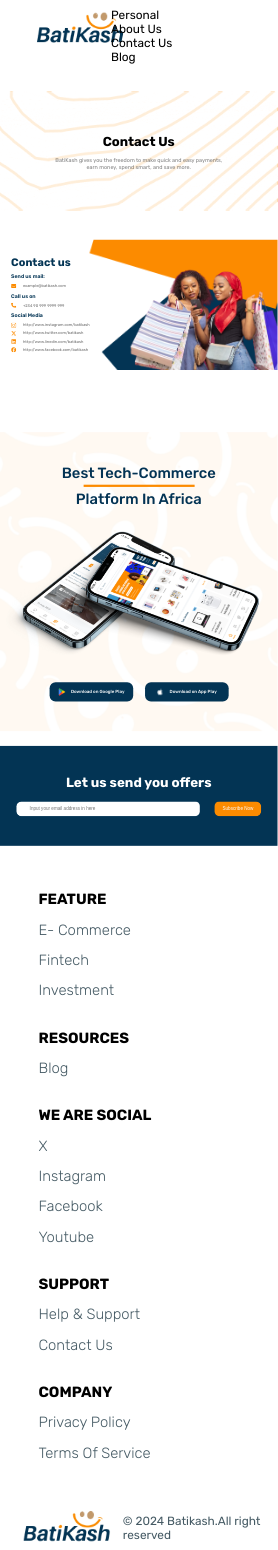
Repository: Batikashdev/batikash-website
Page: /contact
An editor plug-in stored every save of this project. The page is shown before and after the next save, followed by the edit.
The browser window is 375 px wide. The pictures show the whole page, at 74% of full size.
The project was rebuilt for these pictures with package versions that can differ from the ones it lists, and the page was loaded fresh each time. Also part of the build but not shown: vite.config.js, src/App.css, src/pages/About.jsx, src/components/blog/blog.scss, src/components/blog/BlogPost.jsx, src/components/blog/Frame1.jsx, src/components/blog/dummydate.js, src/pages/Blog.jsx and 7 more.

Above is the page before, as saved 2024-06-22 17:32:02.

### index.html
<!doctype html>
<html lang="en">
  <head>
    <meta charset="UTF-8" />
    <link rel="icon" type="image/svg+xml" href="/vite.svg" />
    <meta name="viewport" content="width=device-width, initial-scale=1.0" />
    <title>BatiKash</title>
    <link rel="preconnect" href="https://fonts.googleapis.com">
<link rel="preconnect" href="https://fonts.gstatic.com" crossorigin>
<link href="https://fonts.googleapis.com/css2?family=Rubik:ital,wght@0,300..900;1,300..900&display=swap" rel="stylesheet">
  </head>
  <body>
    <div id="root"></div>
    <script type="module" src="/src/main.jsx"></script>
  </body>
</html>

### src/main.jsx
import React from 'react'
import ReactDOM from 'react-dom/client'
import App from './App.jsx'
import './index.css'
import { BrowserRouter } from 'react-router-dom'

ReactDOM.createRoot(document.getElementById('root')).render(
  <React.StrictMode>
    <BrowserRouter>
    <App />
    </BrowserRouter>
  </React.StrictMode>
)

### src/App.jsx
import { Route, Routes } from 'react-router-dom'
import './App.css'
import Layout from './Layout'
import About from './pages/About'
import Blog from './pages/Blog'
import Contact from './pages/Contact'
import Home from './pages/Home'
import Singlepost from './pages/Singlepost'
import Error from './pages/Error'


function App() {


  return (
  <div>
     <Routes>
        <Route path="/" element={<Layout />}>
          <Route index element={<Home />} />
          <Route path="/about" element={<About />} />
          <Route path="/contact" element={<Contact />} />
          <Route path="/blog" element={<Blog/>} />
          <Route path="/post:id/" element={<Singlepost />} />
          <Route path="/notfound" element={<Error/>} />
        </Route>
      </Routes>
  </div>
  )
}

export default App

### src/index.css
:root {
  font-family: rubik, sans-serif;
  color-scheme: light dark;
  font-synthesis: none;
  text-rendering: optimizeLegibility;
  -webkit-font-smoothing: antialiased;
  -moz-osx-font-smoothing: grayscale;
}


body {
  margin: 0;
  padding: 0;
}
html {
  margin: 0;
  padding: 0;
}
.link {
  text-decoration: none;
  color: inherit;
}

### src/Layout.jsx
import { Outlet } from "react-router-dom";
import Navbar from "./components/navbar/Navbar";
import BaseFrame from "./components/baseframe/BaseFrame";
import Footer from "./components/footer/Footer";

export default function Layout() {
  return (
    <>
      <Navbar/>
      <Outlet />
      <BaseFrame/>
      <Footer/>

    </>
  );
}

### src/pages/Contact.jsx
import Frame1 from "../components/contact/Frame1"
import Frame2 from "../components/contact/Frame2"


const Contact = () => {
  return (
    <div>
        <Frame1/>
        <Frame2/>
    </div>
  )
}

export default Contact

### src/components/navbar/Navbar.jsx
import "./navbar.scss";
import Logo from "../../assets/BATIKASH-LOGO.png"
import { NavLink } from "react-router-dom";



const Navbar = () => {
  return (
    <nav>
        <div className="left-nav">
          <NavLink to="/"> <img src={Logo} alt=""/></NavLink>
        </div>
        <div className="right-nav">
          <NavLink className="link" to="/"><a>Personal</a></NavLink>
          <NavLink  className="link" to="/about"><a>About Us</a></NavLink>
          <NavLink  className="link" to="/contact"><a>Contact Us</a></NavLink>
          <NavLink  className="link" to="/blog"><a>Blog</a></NavLink>
        </div>

        <div className="mobile-nav">
          <NavLink className="link" to="/"><a>Personal</a></NavLink>
          <NavLink  className="link" to="/about"><a>About Us</a></NavLink>
          <NavLink  className="link" to="/contact"><a>Contact Us</a></NavLink>
          <NavLink  className="link" to="/blog"><a>Blog</a></NavLink>
        </div>



    </nav>
  )
}

export default Navbar

### src/components/baseframe/BaseFrame.jsx
import image1 from "../../assets/iPhone 12 Pro.png";
import playstore from "../../assets/svg.png";
import apple from "../../assets/apple.png";
import "./baseframe.scss";
import { Link } from "react-router-dom";

const BaseFrame = () => {
  return (
    <section className="baseframe" style={{padding:"40px 0px"}}>
      <div className="baseframe-content">
      <header>
        <p>Best Tech-Commerce </p>
        <hr></hr>
        <p>Platform In Africa</p>
      </header>

      <div className="baseframe-image">
        <img src={image1} alt="" />
      </div>

      <div className="download-btns">
        <Link className="link" to="/notfound">
        <div className="download-app">
          <img src={playstore} alt="" /> Download on Google Play
        </div>
        </Link>

        <Link className="link" to="/notfound">
        <div className="download-app">
          <img src={apple} alt="" /> Download on App Play
        </div>
        </Link>


      </div>

      </div>

    </section>
  );
};

export default BaseFrame;

### src/components/footer/Footer.jsx
import "./footer.scss"
import image1 from '../../assets/Group 5958.png'
import Logo from '../../assets/BATIKASH-LOGO.png'

const footer = () => {
  return (
    <footer>
        <div className="newsletter-footer">
            <div className="left-content">
                <img src={image1} alt=""/>
            </div>
            <div className="right-content">
                <h2>Let us send you offers</h2>
                <div className="input">
                    <input placeholder="Input your email address in here"/>
                    <button>Subscribe Now</button>
                </div>
            </div>
        </div>
        <div className="main-footer">
            <ul> FEATURE
                <li>E- Commerce</li>
                <li>Fintech</li>
                <li>Investment</li>
            </ul>

            <ul> RESOURCES
                <li>Blog</li>

            </ul>

            <ul> WE ARE SOCIAL
                <li>X</li>
                <li>Instagram</li>
                <li>Facebook</li>
                <li>Youtube</li>

            </ul>

            <ul> SUPPORT
                <li>Help & Support</li>
                <li>Contact Us</li>
            </ul>

            <ul> COMPANY
                <li>Privacy Policy</li>
                <li>Terms Of Service</li>

            </ul>


        </div>
        <div className="base-footer">
            <img src={Logo} alt=""/>
            &copy; 2024 Batikash.All right reserved

        </div>
    </footer>
  )
}

export default footer

### src/components/contact/Frame1.jsx
import "./contact.scss"

const Frame1 = () => {
  return (
    <div className="contact_wrapper">
    <div className="overlay">
        <div className="contact_frame1-content">
            <h1>Contact Us</h1>
            <p>BatiKash gives you the freedom to make quick and easy payments, <br/> earn money, spend smart, and save more.</p>
        </div>

     </div>
    </div>
  )
}

export default Frame1

### src/components/contact/Frame2.jsx

import "./contact.scss"
import image1 from "../../assets/Group 5986.png"
import { FaEnvelope, FaPhoneAlt, FaLinkedin, FaFacebook  } from "react-icons/fa";
import { BsInstagram } from "react-icons/bs";
import { FaXTwitter } from "react-icons/fa6";


const Frame2 = () => {
  return (
    <div className="contact-frame2_wrapper">
        <div className="left-content">
            <h2>Contact us</h2>
            <ul> Send us mail:
                <li>  <FaEnvelope className="icon"/> example@batikash.com</li>
            </ul>

            <ul> Call us on
                <li> <FaPhoneAlt  className="icon"/> +234 90 999 9999 999</li>
            </ul>

            <ul> Social Media
                <li><a href=""><BsInstagram  className="icon"/>http://www.instagram.com/batikash</a></li>
                <li><a href=""><FaXTwitter  className="icon"/>http://www.twitter.com/batikash</a></li>
                <li><a href="">< FaLinkedin  className="icon"/>http://www.linedin.com/batikash</a></li>
                <li><a href=""><FaFacebook  className="icon" />http://www.facebook.com/batikash</a></li>
            </ul>
        </div>
        <div className="right-content">
            <img src={image1} alt=""/>
        </div>
    </div>
  )
}

export default Frame2

### src/components/navbar/navbar.scss
nav {
    display: flex;
    justify-content: space-between;
    align-items: center;
    padding: 10px 30px;
    .left-nav {
        flex: 1;
    }
    .right-nav {
        display: flex;
        justify-content: flex-end;
        padding-right: 200px;
        font-size: 20px;
        font-weight: 400;
        flex: 1;
        gap: 50px;
        :active {
            color: #FC8B00;
        }

    }
    .mobile-nav {
        display: none;
    }

}

@media (max-width: 600px) {
    nav {

        .right-nav {
            display: none;
        }

        .mobile-nav {
            display: flex;
            flex-direction: column;
            position: absolute;
            right: 0;
            top: 10px;
            text-align: left;
            width: 60vw;
            height: 100vh;
        }
    }


}

### src/components/baseframe/baseframe.scss
.baseframe {
    background: url(../../assets//basevec.png);
}
.baseframe-content {
    h1,h2,p,span {
        margin: 0;
    }
    display: flex;
    flex-direction: column;
    justify-content: center;
    align-items: center;
    width: fit-content;
    margin: 0 auto;
    gap: 20px;
    header {
        font-size: 50px;
        font-weight: 500;
        line-height: 75px;
    }

    .download-btns {
        display: flex;
        gap: 16px;
        //Plus Jakarta Sans
        div {
            display: flex;
            align-items: center;
            justify-content: center;
            width: 278px;
            height: 64px;
            border: none;
            border-radius: 8px;
            background: #033454;
            color: #FFFFFF;
            font-size: 16px;
            font-weight: 500;
            gap: 8px;
        }
    }
}

@media (max-width: 600px) {
    .baseframe-content {
        h1,h2,p,span {
            margin: 0;
        }
        display: flex;
        flex-direction: column;
        justify-content: center;
        align-items: center;
        width: fit-content;
        margin: 0 auto;
        gap: 20px;
        header {
            font-size: 20px;
            font-weight: 500;
            line-height: 30px;
        }

        .baseframe-image {
            img {
                width: 100%;
            }
        }

        .download-btns {
            display: flex;
            gap: 16px;
            //Plus Jakarta Sans
            div {
                display: flex;
                align-items: center;
                justify-content: center;
                width: 113px;
                height: 26px;
                border: none;
                border-radius: 8px;
                background: #033454;
                color: #FFFFFF;
                font-size: 6px;
                font-weight: 500;
                gap: 8px;
                img {
                    width: 10px;
                }
            }
        }
    }


}

### src/components/footer/footer.scss
footer {
    margin-top: 20px;
    .newsletter-footer {
        display: flex;
        align-items: center;
        justify-content: center;
        background: #033454;
        padding: 0px 80px;
        .left-content {
            flex: 1;
        }
        .right-content {
            flex: 2;
            display: flex;
            justify-content: center;
            align-items: center;
            flex-direction: column;
            h2 {
                font-size: 43px;
                font-weight: 700;
                line-height: 51px;
                color: #FFFFFF;
            }
            .input {
                width: 100%;
                height: 50px;
                overflow: hidden;
                display: flex;
                justify-content: space-between;
                border-radius: 7px;
                gap: 20px;

                input {
                    width: 100%;
                    border: none;
                    font-size: 14.22px;
                    font-weight: 400;
                    text-indent: 26px;
                    border-radius: 9.25px;
                    outline: none;
                }

                button {
                    width: 194px;
                    height: 100%;
                    background: #FC8B00;
                    border: none;
                    border-radius: 9.25px;
                    font-size: 14.22px;
                    color: #FFFFFF;
                }
            }
        }
    }

    .main-footer {
        display: flex;
        justify-content: space-between;
        font-size: 14.25px;
        padding: 40px 160px;
        ul {
            font-weight: 700;
            display: flex;
            flex-direction: column;
            gap: 17px;
            li {
                font-weight: 300;
                list-style: none;
                color: #455A64;
            }
        }
    }

    .base-footer {
        padding: 0px 160px;
        display: flex;
        align-items: center;
        justify-content: space-between;
        color: #455A64;
    }
}

@media (max-width: 600px) {
    h1,h2,p {
        margin: 0;
    }
    footer {
        margin-top: 20px;
        .newsletter-footer {
            display: flex;
            align-items: center;
            justify-content: center;
            background: #033454;
            padding: 40px 22px;

            .left-content {
                flex: 1;
                display: none;
            }
            .right-content {
                flex: 100%;
                display: flex;
                justify-content: center;
                align-items: center;
                flex-direction: column;
                gap: 14px;
                h2 {
                    font-size: 18px;
                    font-weight: 700;
                    line-height: 21px;
                    color: #FFFFFF;
                }
                .input {
                    width: 100%;
                    height: 20px;
                    overflow: hidden;
                    display: flex;
                    justify-content: space-between;
                    border-radius: 7px;
                    gap: 20px;

                    input {
                        width: 100%;
                        border: none;
                        font-size: 6.22px;
                        font-weight: 400;
                        text-indent: 16px;
                        border-radius: 6.25px;
                        outline: none;
                    }

                    button {
                        display: flex;
                        justify-content: center;
                        align-items: center;
                        width: 81px;
                        height: 100%;
                        background: #FC8B00;
                        border: none;
                        border-radius: 6.25px;
                        font-size: 6.22px;
                        color: #FFFFFF;
                    }
                }
            }
        }

        .main-footer {
            display: flex;
            flex-direction: column;
            justify-content: space-between;
            font-size: 20px;
            padding: 40px 12px;
            ul {
                font-weight: 700;
                display: flex;
                flex-direction: column;
                gap: 17px;

                li {
                    font-weight: 300;
                    list-style: none;
                    color: #455A64;
                    margin: 0;
                }
            }
        }

        .base-footer {
            padding: 0px 12px;
            display: flex;
            align-items: center;
            justify-content: space-between;

        }
    }

}

### src/components/contact/contact.scss
.contact_wrapper {
    margin-top: 40px;
    background: url("../../assets/Vector.png");
    height: 70vh;

    h1,h2,p {
        margin: 0px;
    }
    .overlay {
        background: rgba(255, 255, 255, 0.85);;
        width: 100%;
        height: 100%;
        display: flex;
        justify-content: center;
        align-items: center;
    }
    .contact_frame1-content {
        display: flex;
        flex-direction: column;
        gap: 31px;
        text-align: center;




        h1 {
            font-weight: 700;
            font-size: 60px;
            line-height: 90px;
        }
        p {
            font-weight: 400;
            font-size: 25px;
            line-height: 29px;
            color: rgba(0, 0, 0, 0.5);
        }

    }
}

//Frame-2 //

.contact-frame2_wrapper {
    display: flex;
    align-items: center;
    justify-content: space-between;
    padding: 40px 0px 40px 40px;
    color: #033454;
    h1,h2,p {
        margin: 0px;
    }
    .left-content {
        h2 {
            font-size: 50px;
            font-weight: 700;
            line-height: 60px;
            letter-spacing: 0.005em;


        }
        ul {
            font-weight: 600;
            font-size: 24px;
            line-height: 28px;
            margin-left: 0px;
            padding: 0px;
            display: flex;
            flex-direction: column;
            gap: 15px;


            li {
                display: flex;
                align-items: center;
                gap: 9px;
                font-weight: 400;
                font-size: 18px;
                line-height: 21.6px;
                text-decoration: none;
                list-style: none;
                color: rgba(0, 0, 0, 0.6);
                .icon {
                    font-size: 24px;
                    color: #FC8B00;
                }

                a {
                    text-decoration: none;
                    color: inherit;
                    display: flex;
                    align-items: center;
                    gap: 9px;

                }
            }
        }

    }
    .right-content {
     img {
        width: 100%;
     }

    }
}


@media (max-width: 600px) {
    .contact_wrapper {
        height: 20vh;
        .contact_frame1-content {
            gap: 9px;
            h1 {
                font-size: 17.56px;
                font-weight: 700;
                line-height: 26.35px;
            }
            p {
                font-size: 7.32px;
                font-weight: 400;
                line-height: 8.67px;

            }

        }
    }



    //Frame-2 //

.contact-frame2_wrapper {
    padding: 40px 0px 40px 15px;
    .left-content {
        h2 {
            font-size: 14.64px;
            font-weight: 700;
            line-height: 17.56px;
            letter-spacing: 0.005em;
        }
        ul {
            font-size: 7.03px;
            font-weight: 600;
            line-height: 8.43px;
            letter-spacing: 0.005em;
            gap: 4px;
            li {
                font-size: 5.27px;
                font-weight: 400;
                line-height: 6.32px;
                letter-spacing: 0.005em;
                color: rgba(0, 0, 0, 0.6);
                .icon {
                    font-size: 7px;
                    color: #FC8B00;
                }
            }
        }

    }

}

}

Loaded but not shown: src/components/homeweb/home.scss (457 lines, source omitted)

After the next save:
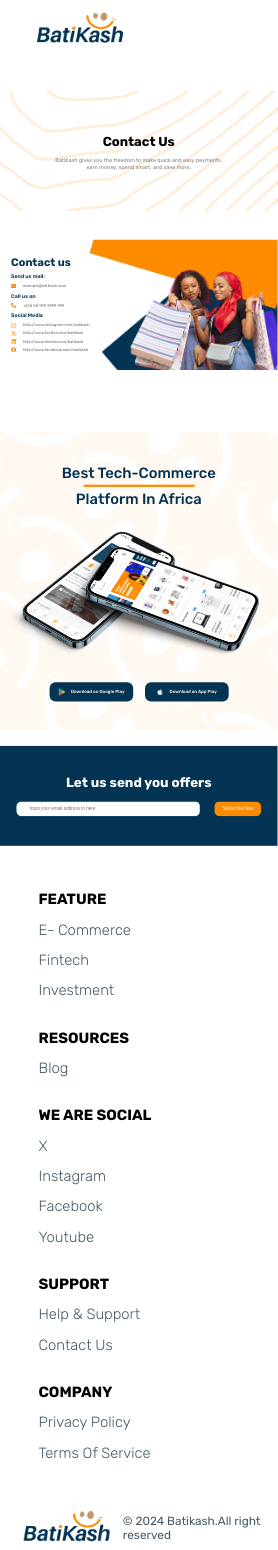
Saved 67 s later.
--- a/src/components/navbar/navbar.scss
+++ b/src/components/navbar/navbar.scss
@@ -32,16 +32,16 @@
             display: none;
         }
 
-        .mobile-nav {
-            display: flex;
-            flex-direction: column;
-            position: absolute;
-            right: 0;
-            top: 10px;
-            text-align: left;
-            width: 60vw;
-            height: 100vh;
-        }
+    }
+    .mobile-nav {
+        display: flex;
+        flex-direction: column;
+        position: absolute;
+        right: 0;
+        top: 10px;
+        text-align: left;
+        width: 60vw;
+        height: 100vh;
     }
 
 
